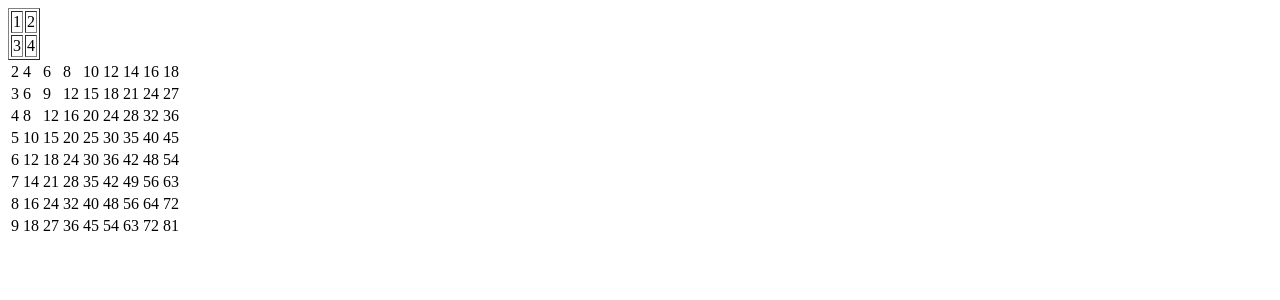
Repository: kvmhyvmvn/Study_JspServlet
Page: http://localhost/03.Tag/01.Script/Ex04For.jsp
The author's editor kept a copy of each file at every save. The page is drawn from the files as they stood at one save, then again after the next save.
The browser window is 1280 px wide. The pictures show the whole page.
The page is served by Tomcat 9.

Above is the page before, as saved 2023-05-19 02:24:04.

### WorkSpace/03.Tag/src/main/webapp/01.Script/Ex04For.jsp
<%@ page language="java" contentType="text/html; charset=UTF-8"
    pageEncoding="UTF-8"%>
<!DOCTYPE html>
<html>
<head>
<meta charset="UTF-8">
<title>Insert title here</title>
</head>
<body>
	<table border = 1px solid black">
		<tr>
			<td>1</td>
			<td>2</td>
		</tr>
		<tr>
			<td>3</td>
			<td>4</td>
		</tr>
	</table>

	<table>
	<% for(int i=2; i<=9; i++) {%>
	<tr>
		<%for(int j=1; j<=9; j++) {%>
			<td><%=i*j%></td>
		<%}%>
	</tr>
	<%}%>
	</table>
</body>
</html>

After the next save:
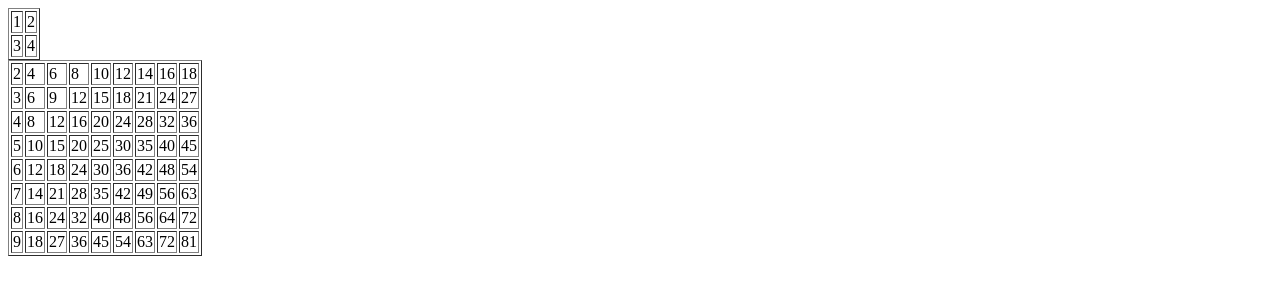
Saved 48 s later.
--- a/WorkSpace/03.Tag/src/main/webapp/01.Script/Ex04For.jsp
+++ b/WorkSpace/03.Tag/src/main/webapp/01.Script/Ex04For.jsp
@@ -7,7 +7,7 @@
 <title>Insert title here</title>
 </head>
 <body>
-	<table border = 1px solid black">
+	<table border = 1px solid black>
 		<tr>
 			<td>1</td>
 			<td>2</td>
@@ -18,7 +18,7 @@
 		</tr>
 	</table>
 
-	<table>
+	<table border = 1px solid black>
 	<% for(int i=2; i<=9; i++) {%>
 	<tr>
 		<%for(int j=1; j<=9; j++) {%>
